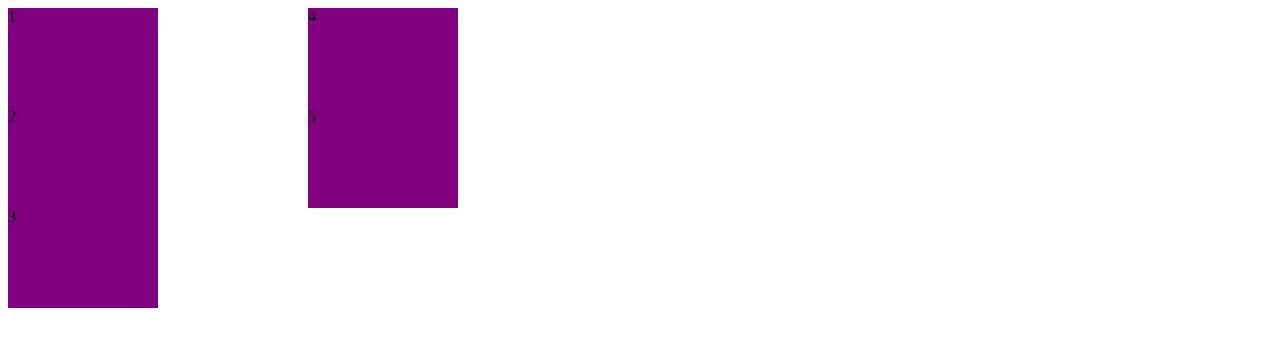
Repository: liutian97/learn1
Page: 移动端web开发/代码/2. Flex 伸缩布局/08-flex-flow复合属性.html
These files come from the project's save history. The page is drawn as it stood at one moment and after the next save; the edit follows.
The browser window is 1280 px wide. The pictures show the whole page.

Above is the page before, as saved 2022-07-02 17:39:10.

### 移动端web开发/代码/2. Flex 伸缩布局/08-flex-flow复合属性.html
<!DOCTYPE html>
<html lang="en">

<head>
    <meta charset="UTF-8">
    <meta name="viewport" content="width=device-width, initial-scale=1.0">
    <meta http-equiv="X-UA-Compatible" content="ie=edge">
    <title>Document</title>
    <style>
        div {
            display: flex;
            width: 600px;
            height: 300px;
            background-color: bcf;
            /* flex-direction: column;
            flex-wrap: wrap; */
            /* 把设置主轴方向和是否换行（换列）简写 */
            flex-flow: column wrap;
        }

        div span {
            width: 150px;
            height: 100px;
            background-color: purple;
        }
    </style>
</head>

<body>
    <div>
        <span>1</span>
        <span>2</span>
        <span>3</span>
        <span>4</span>
        <span>5</span>
    </div>
</body>

</html>

After the next save:
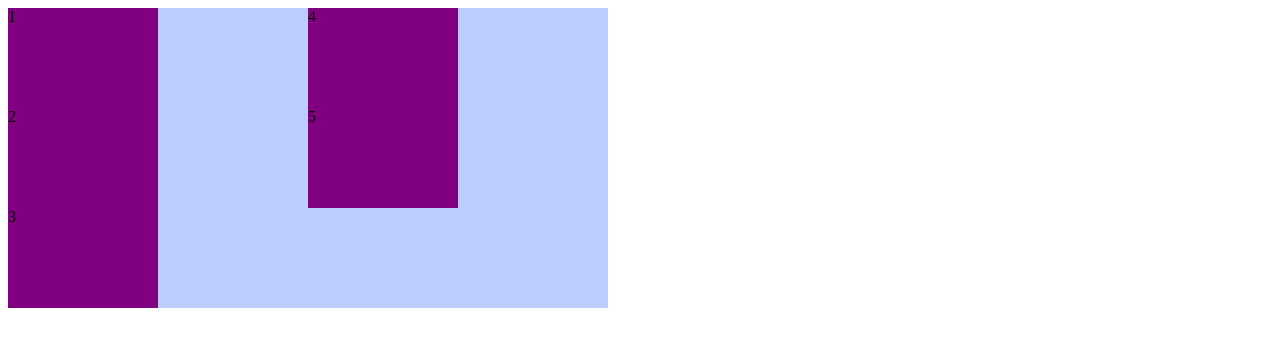
Saved 4 s later.
--- a/移动端web开发/代码/2. Flex 伸缩布局/08-flex-flow复合属性.html
+++ b/移动端web开发/代码/2. Flex 伸缩布局/08-flex-flow复合属性.html
@@ -11,7 +11,7 @@
             display: flex;
             width: 600px;
             height: 300px;
-            background-color: bcf;
+            background-color: #bcf;
             /* flex-direction: column;
             flex-wrap: wrap; */
             /* 把设置主轴方向和是否换行（换列）简写 */
